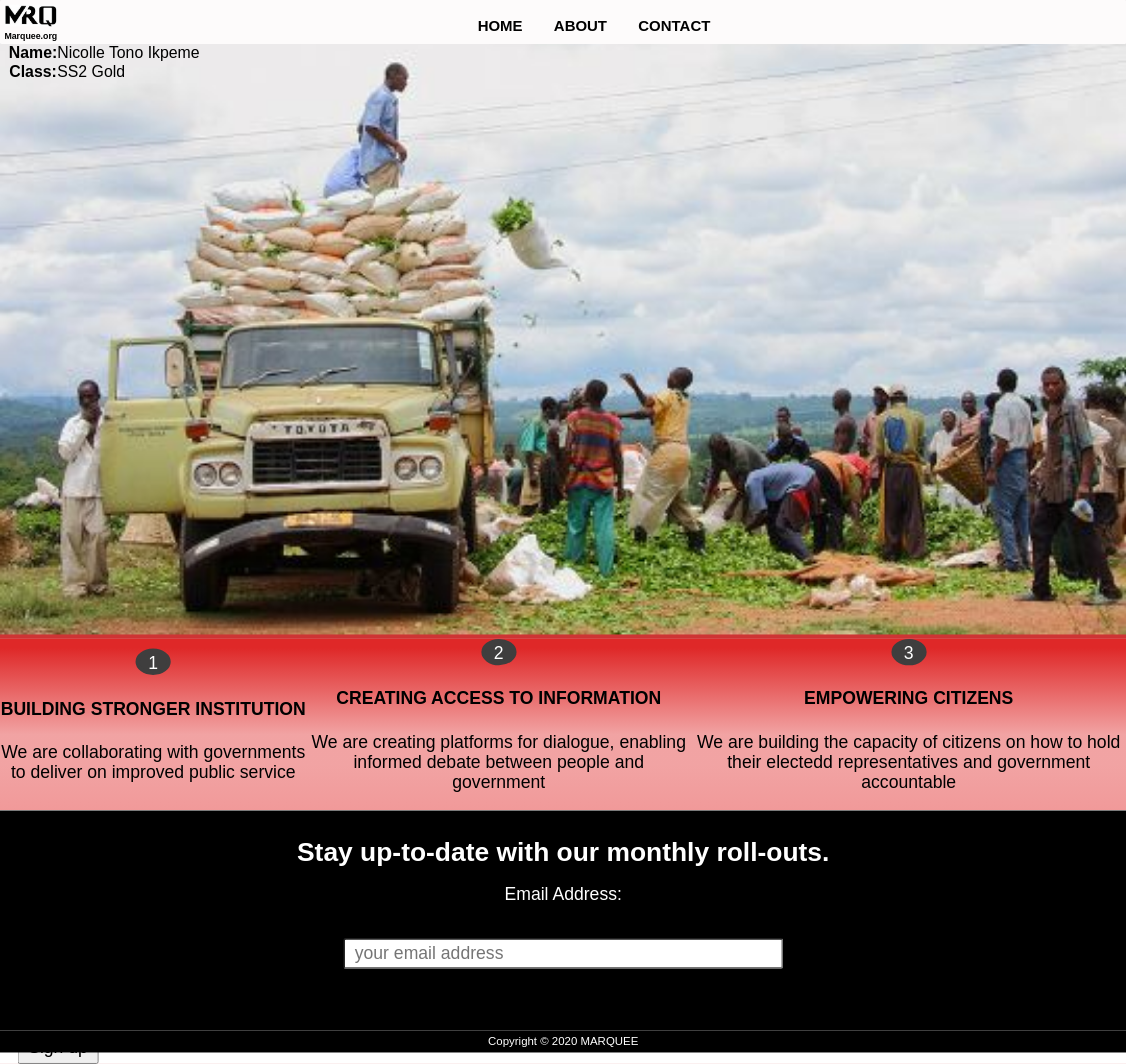
Repository: pboi18/Marquee.org
Page: home.html
An editor plug-in stored every save of this project. The page is shown before and after the next save, followed by the edit.
The browser window is 1280 px wide. The pictures show the whole page, at 88% of full size.

Above is the page before, as saved 2020-07-11 22:37:03.

After the next save:
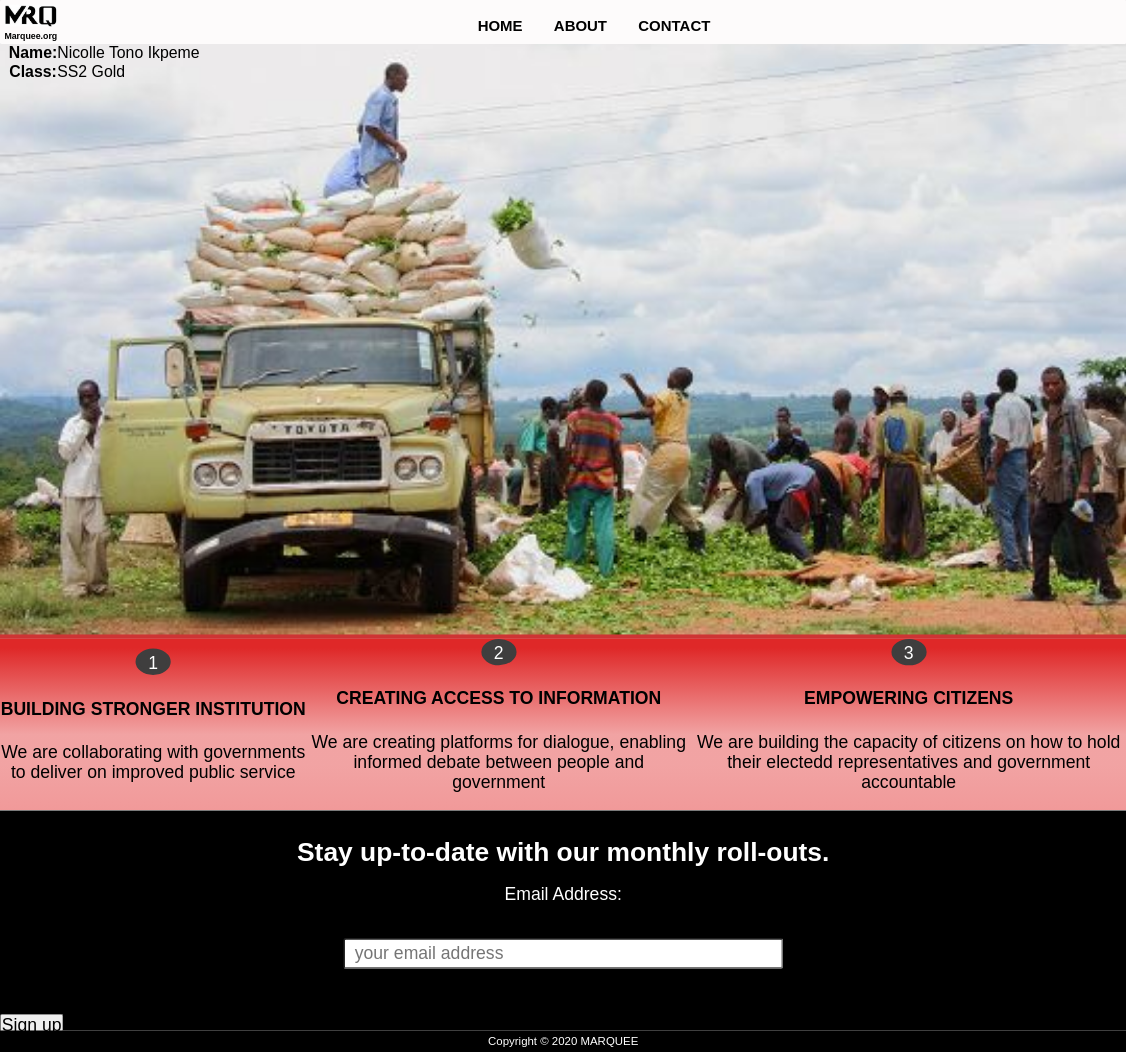
Saved 89 s later.
--- a/home.html
+++ b/home.html
@@ -99,8 +99,7 @@
                     <form style="text-align: center;">
                     <label style="color: white;">Email Address:</label><br>
                     <input type="email" name="email" placeholder="  your email address" style=" width: 500px; border-radius: 3px; margin: 5px auto;" required><br><br>
-                    <button type="submit" value="SIGN UP" name="sign up" style="box-sizing: border-box; padding: 5px 10px; border: 10px 3px;
-                    margin: 20px;">Sign up</button>
+                    <button type="submit" value="SIGN UP" name="sign up">Sign up</button>
                     </form>
                 </div>
             </section>
